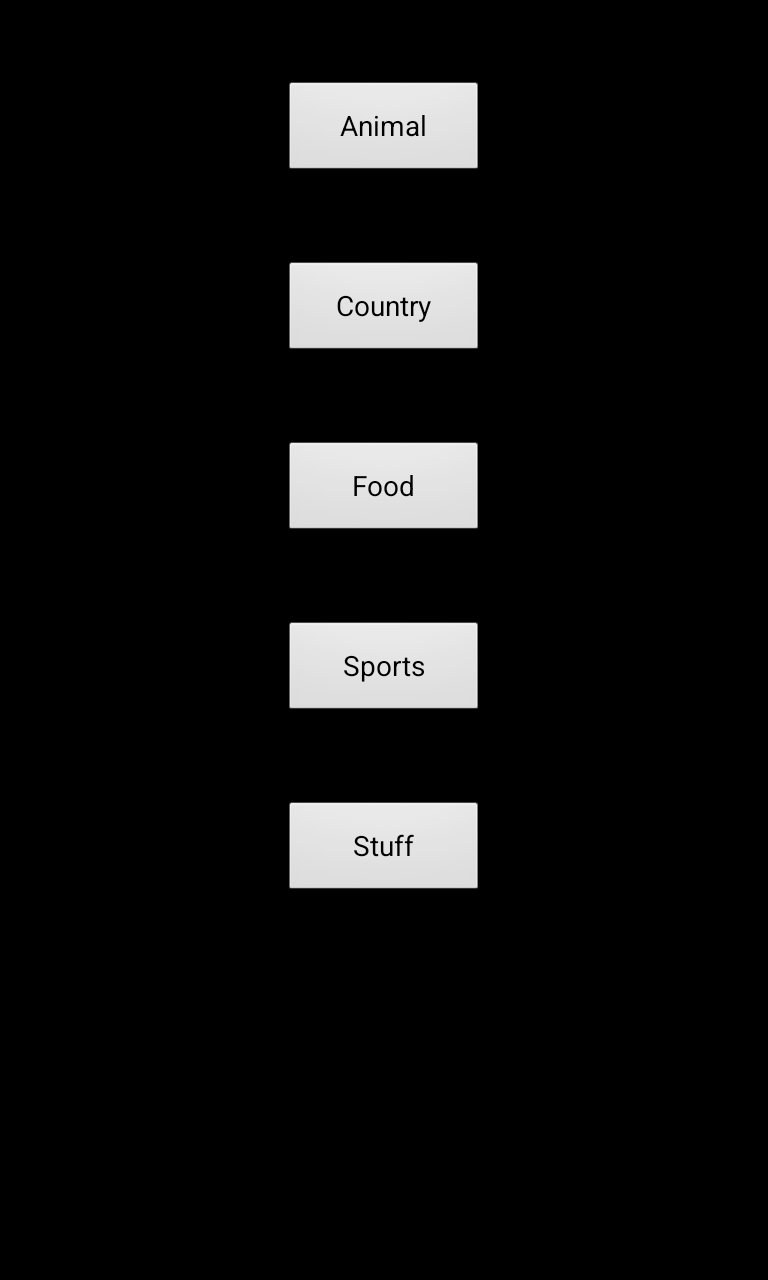
Repository: aster9725/HK-CityU-SummerExchange
Layout: Copy of WordQuiz/res/layout/activity_category.xml
An editor plug-in stored every save of this project. The layout is shown before and after the next save, followed by the edit.
It is drawn on a 768 x 1280 px phone screen (xhdpi) without system bars, with theme android:Theme; the app's code is not run.

Above is the layout before, as saved 2014-07-24 08:06:28.

After the next save:
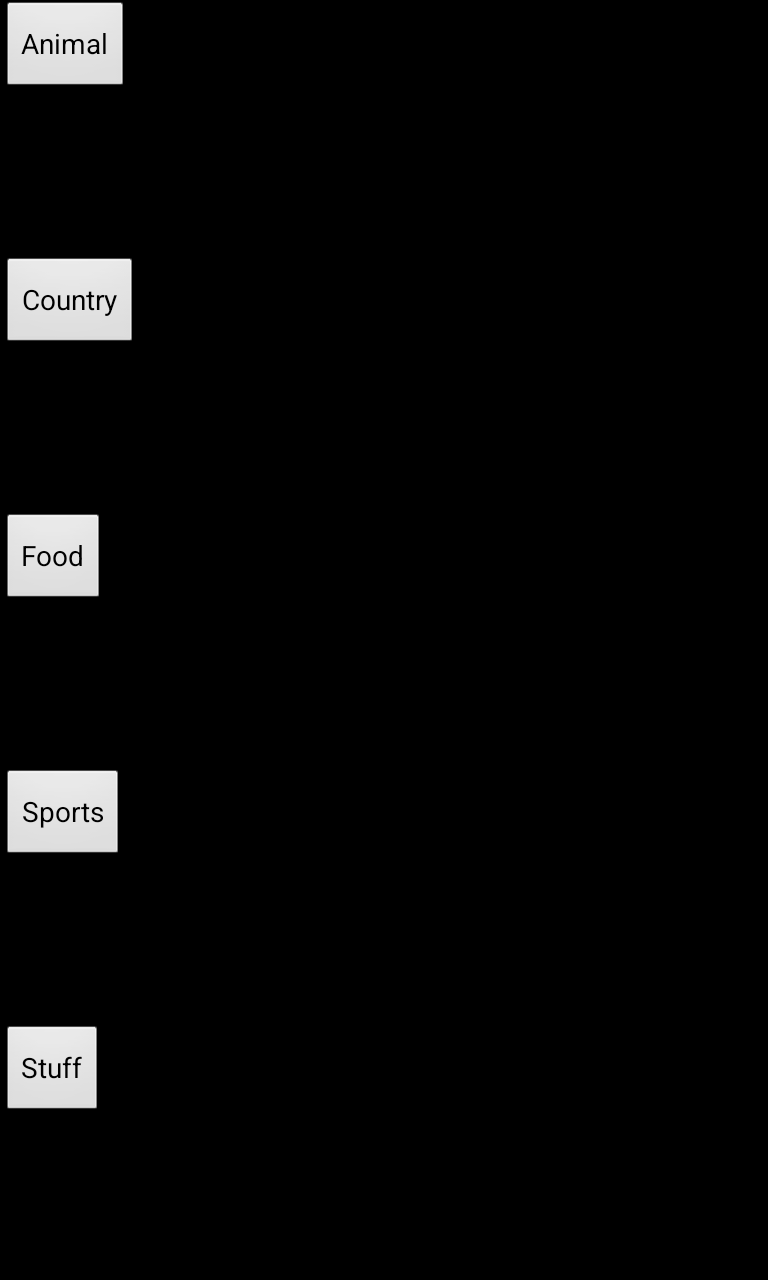
Saved 106 min 28 s later.
--- a/Copy of WordQuiz/res/layout/activity_category.xml
+++ b/Copy of WordQuiz/res/layout/activity_category.xml
@@ -5,43 +5,84 @@
     android:orientation="vertical" >
 
 
-     <Button
+    <LinearLayout
+        android:orientation="horizontal"
+        android:layout_width="match_parent"
+        android:layout_height="wrap_content"
+        android:layout_weight="1">
+
+        <Button
         android:id="@+id/category_animal"
-        android:layout_width="102dp"
-        android:layout_height="50dp"
+        android:layout_width="wrap_content"
+        android:layout_height="wrap_content"
         android:layout_gravity="center_horizontal"
         android:layout_marginTop="40dp"
         android:text="Animal" />
 
+    </LinearLayout>
+
+
+    <LinearLayout
+        android:orientation="horizontal"
+        android:layout_width="match_parent"
+        android:layout_height="wrap_content"
+        android:layout_weight="1">
+
     <Button
         android:id="@+id/category_country"
-        android:layout_width="102dp"
-        android:layout_height="50dp"
+        android:layout_width="wrap_content"
+        android:layout_height="wrap_content"
         android:layout_gravity="center_horizontal"
          android:layout_marginTop="40dp"
         android:text="Country" />
+
+    </LinearLayout>
+
+    <LinearLayout
+        android:orientation="horizontal"
+        android:layout_width="match_parent"
+        android:layout_height="wrap_content"
+        android:layout_weight="1">
     <Button
         android:id="@+id/category_food"
-        android:layout_width="102dp"
-        android:layout_height="50dp"
+        android:layout_width="wrap_content"
+        android:layout_height="wrap_content"
         android:layout_gravity="center_horizontal"
          android:layout_marginTop="40dp"
         android:text="Food" />
+
+    </LinearLayout>
+
+    <LinearLayout
+        android:orientation="horizontal"
+        android:layout_width="match_parent"
+        android:layout_height="wrap_content"
+        android:layout_weight="1">
     <Button
         android:id="@+id/category_sport"
-        android:layout_width="102dp"
-        android:layout_height="50dp"
+        android:layout_width="wrap_content"
+        android:layout_height="wrap_content"
         android:layout_gravity="center_horizontal"
          android:layout_marginTop="40dp"
         android:text="Sports" />
+
+    </LinearLayout>
+
+    <LinearLayout
+        android:orientation="horizontal"
+        android:layout_width="match_parent"
+        android:layout_height="wrap_content"
+        android:layout_weight="1">
      <Button
         android:id="@+id/category_stuff"
-        android:layout_width="102dp"
-        android:layout_height="50dp"
+        android:layout_width="wrap_content"
+        android:layout_height="wrap_content"
         android:layout_gravity="center_horizontal"
          android:layout_marginTop="40dp"
         android:text="Stuff" />
 
+     </LinearLayout>
+
 
 
 </LinearLayout>
